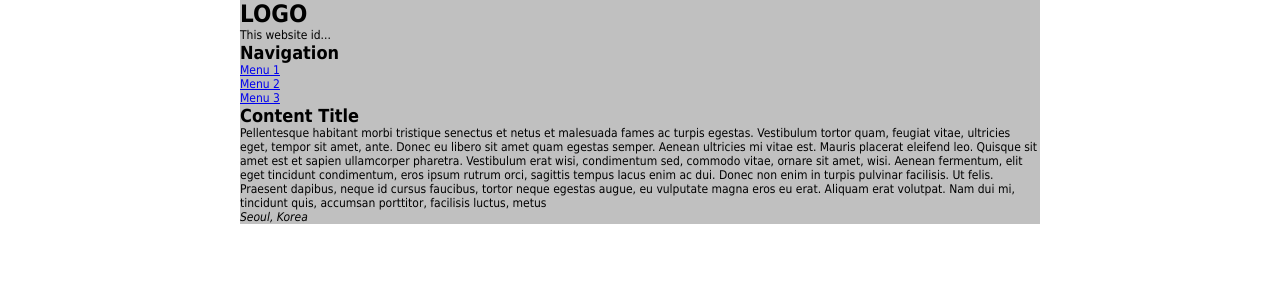
Repository: codelily98/Web
Page: CSS3/src/main/webapp/05_cssPositioning/exam04.html
An editor plug-in stored every save of this project. The page is shown before and after the next save, followed by the edit.
The browser window is 1280 px wide. The pictures show the whole page.

Above is the page before, as saved 2024-08-12 06:38:21.

After the next save:
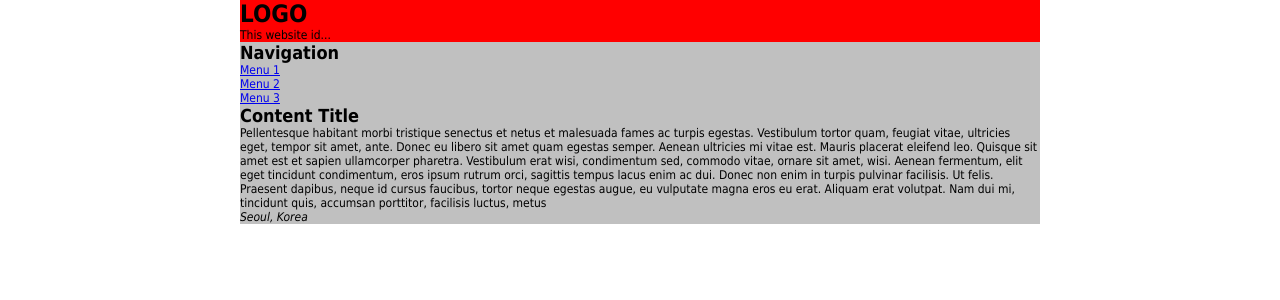
Saved 62 s later.
--- a/CSS3/src/main/webapp/05_cssPositioning/exam04.html
+++ b/CSS3/src/main/webapp/05_cssPositioning/exam04.html
@@ -18,6 +18,9 @@ li {
 	width: 800px;
 	background-color: silver;
 	margin: 0 auto;
+}
+#header {
+	background-color: red;
 }
 </style>
 </head>
